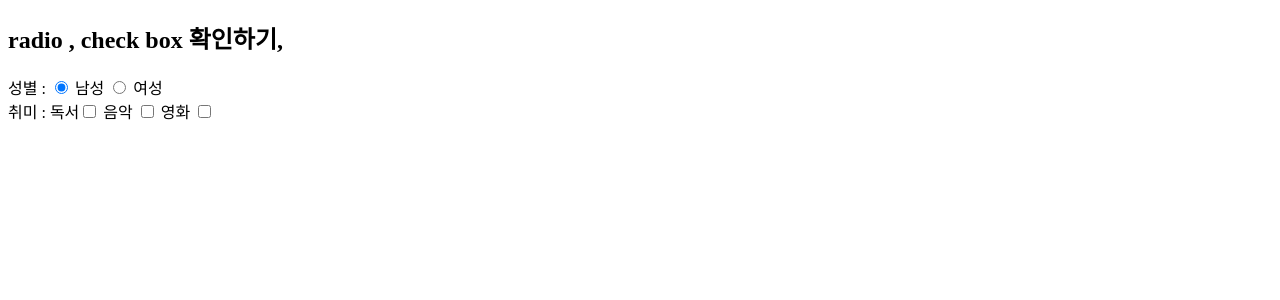
Repository: hodob/JSP_Practice
Page: http://localhost/JSP_WebMarket_JJH/ch06_ex/ex2.jsp
These files come from the project's save history. The page is drawn as it stood at one moment and after the next save; the edit follows.
The browser window is 1280 px wide. The pictures show the whole page.
The page is served by Tomcat 9. Other server files are loaded and not shown.

Above is the page before, as saved 2022-08-10 06:32:06.

### JSP_WebMarket_JJH/WebContent/ch06_ex/ex2.jsp
<%@ page language="java" contentType="text/html; charset=UTF-8"
    pageEncoding="UTF-8"%>
<!DOCTYPE html>
<html>
<head>
<meta charset="UTF-8">
<title>Insert title here</title>
</head>
<body>
<h2>  radio , check box 확인하기,</h2>

<form action="#" name = "member" method ="post">
성별 : <input type  = "radio" name = "sex " value = "남성" checked> 남성
<input type  = "radio" name = "sex " value = "여성"> 여성
<br>
취미 : 독서<input type = "checkbox" name ="hobby1">
음악 <input type = "checkbox" name ="hobby2">
영화 <input type = "checkbox" name ="hobby3">




</form>
</body>
</html>

After the next save:
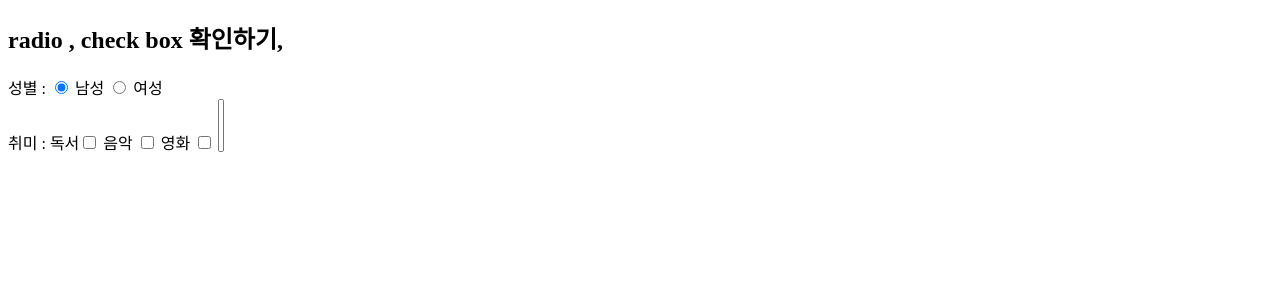
Saved 7 min 35 s later.
--- a/JSP_WebMarket_JJH/WebContent/ch06_ex/ex2.jsp
+++ b/JSP_WebMarket_JJH/WebContent/ch06_ex/ex2.jsp
@@ -18,8 +18,24 @@
 영화 <input type = "checkbox" name ="hobby3">
 
 
+<select name = "city" size = "3">
+<option value ="서울">
+<option value ="부산">
+<option value ="강남">
+<option value ="대구">
+<option value ="하와이">
+<option value ="일본">
+
+
+</select>
+
 
 
 </form>
+
+
+
+
+
 </body>
 </html>
